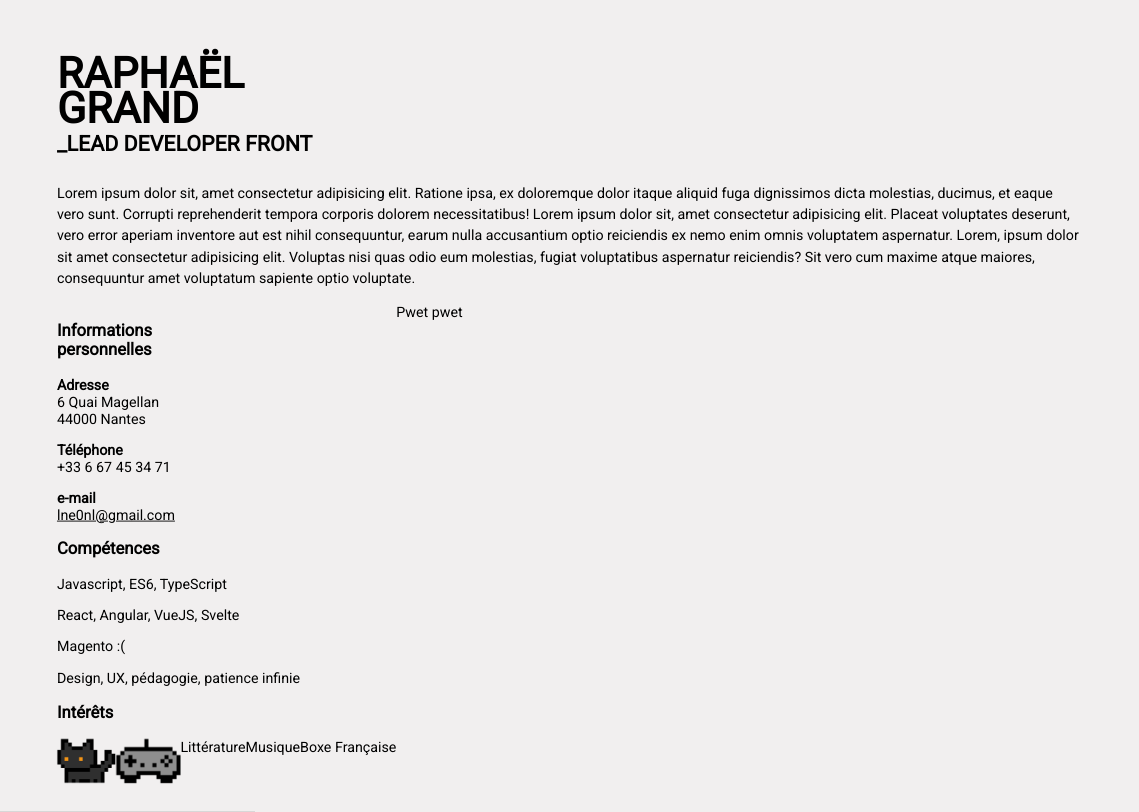
Repository: lne0nl/resume
Page: index.html
The author's editor kept a copy of each file at every save. The page is drawn from the files as they stood at one save, then again after the next save.
The browser window is 1280 px wide. The pictures show the whole page, at 89% of full size.

Above is the page before, as saved 2021-12-10 10:43:46.

### index.html
<!DOCTYPE html>
<html lang="fr">
  <head>
    <meta charset="UTF-8" />
    <meta http-equiv="X-UA-Compatible" content="IE=edge" />
    <meta name="viewport" content="width=device-width, initial-scale=1.0" />
    <link rel="preconnect" href="https://fonts.googleapis.com" />
    <link rel="preconnect" href="https://fonts.gstatic.com" crossorigin />
    <link
      href="https://fonts.googleapis.com/css2?family=Roboto&display=swap"
      rel="stylesheet"
    />
    <link rel="stylesheet" type="text/css" href="style.css" />
    <title>CV Raphaël GRAND</title>
  </head>
  <body>
    <header>
      <h1>Raphaël<br />GRAND</h1>
      <h2>_Lead developer front</h2>
      <p class="bio">
        Lorem ipsum dolor sit, amet consectetur adipisicing elit. Ratione ipsa,
        ex doloremque dolor itaque aliquid fuga dignissimos dicta molestias,
        ducimus, et eaque vero sunt. Corrupti reprehenderit tempora corporis
        dolorem necessitatibus! Lorem ipsum dolor sit, amet consectetur
        adipisicing elit. Placeat voluptates deserunt, vero error aperiam
        inventore aut est nihil consequuntur, earum nulla accusantium optio
        reiciendis ex nemo enim omnis voluptatem aspernatur. Lorem, ipsum dolor
        sit amet consectetur adipisicing elit. Voluptas nisi quas odio eum
        molestias, fugiat voluptatibus aspernatur reiciendis? Sit vero cum
        maxime atque maiores, consequuntur amet voluptatum sapiente optio
        voluptate.
      </p>
    </header>
    <div class="core">
      <section class="infos">
        <article>
          <h3>Informations<br />personnelles</h3>
          <ul>
            <li title="address">
              <b>Adresse</b><br />
              6 Quai Magellan<br />44000 Nantes
            </li>
            <li title="phone">
              <b>Téléphone</b><br />
              +33 6 67 45 34 71
            </li>
            <li title="mail">
              <b>e-mail</b><br />
              <a href="mailto:lne0nl@gmail.com">lne0nl@gmail.com</a>
            </li>
          </ul>
        </article>
        <article>
          <h3>Compétences</h3>
          <ul>
            <li>Javascript, ES6, TypeScript</li>
            <li>React, Angular, VueJS, Svelte</li>
            <li>Magento :(</li>
            <li>Design, UX, pédagogie, patience infinie</li>
          </ul>
        </article>
        <article>
          <h3>Intérêts</h3>
          <div class="interests">

          </div>
          <ul class="interests">
            <li title="Animaux"><img src="images/cat.png" alt="animals"></li>
            <li title="Jeux vidéo"><img src="images/pad.png" alt="video games"></li>
            <li title="Littérature">Littérature</li>
            <li title="Musique">Musique</li>
            <li title="Boxe Française">Boxe Française</li>
          </ul>
        </article>
      </section>
      <section class="resume">Pwet pwet</section>
    </div>
  </body>
</html>

### style.css
html {
  background-color: grey;
}

body {
  margin: 0 auto;
  padding: 2rem 4rem;
  max-width: 1280px;
  background-color: #f1efef;
  font-family: 'Roboto', sans-serif;
}

header {
  position: relative;
}

h1 {
  font-size: 3rem;
  line-height: 0.8;
  text-transform: uppercase;
}

h2 {
  text-align: right;
  position: absolute;
  top: 4rem;
  text-transform: uppercase;
}

a {
  text-decoration: underline;
  color: inherit;
}

a:visited {
  color: inherit;
}

.bio {
  padding-top: 2rem;
  line-height: 1.5;
}

ul {
  list-style: none;
  margin: 0;
  padding: 0;
}

li {
  margin-bottom: 1rem;
}

.core {
  display: flex;
}

.resume {
  flex: 1;
  /* background-color: yellow; */
}

.interests {
  display: flex;
  justify-content: center;
}

.interests li {
  height: 50px;
  margin-bottom: 0;
}

.interests li img {
  height: 100%;;
}

After the next save:
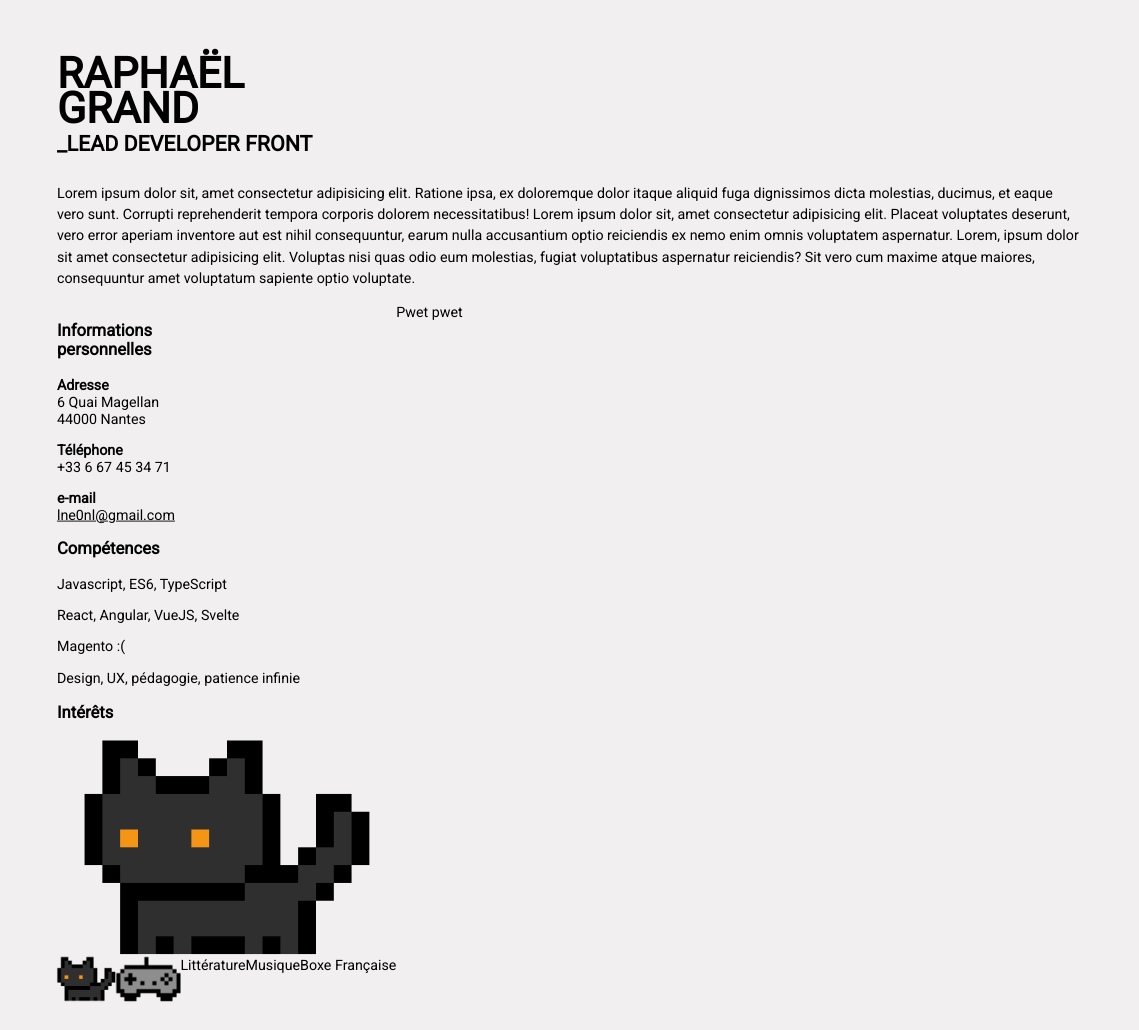
Saved 6 s later.
--- a/index.html
+++ b/index.html
@@ -62,7 +62,7 @@
         <article>
           <h3>Intérêts</h3>
           <div class="interests">
-
+            <img src="images/cat.png" alt="animals">
           </div>
           <ul class="interests">
             <li title="Animaux"><img src="images/cat.png" alt="animals"></li>
